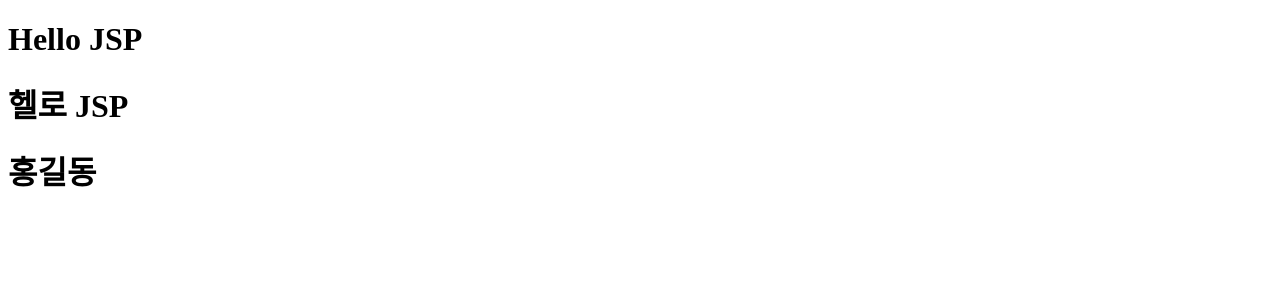
Repository: kimseunghyo/lecture-jsp
Page: http://localhost/jsp02/hello.jsp
These files come from the project's save history. The page is drawn as it stood at one moment and after the next save; the edit follows.
The browser window is 1280 px wide. The pictures show the whole page.
The page is served by Tomcat 9. Other server files are loaded and not shown.

Above is the page before, as saved 2023-03-03 01:51:30.

### jsp02/src/main/webapp/hello.jsp
<%@ page language="java" contentType="text/html; charset=UTF-8"
	pageEncoding="UTF-8"%>
<!DOCTYPE html>
<html>
<head>
<meta charset="UTF-8">
<title>Insert title here</title>
</head>
<body>
	<%
	String name = "홍길동";
	int age = 30;
	%>
	<h1>Hello JSP</h1>
	<h1>헬로 JSP</h1>
	<h1><% out.println(name); %></h1>
</body>
</html>

After the next save:
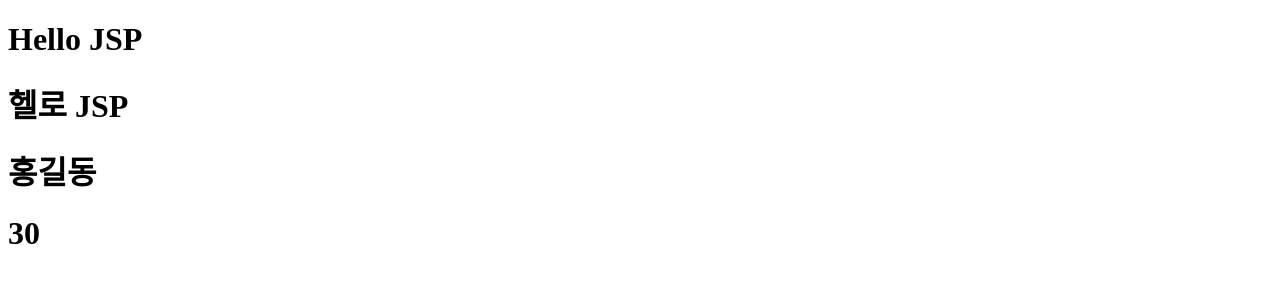
Saved 19 s later.
--- a/jsp02/src/main/webapp/hello.jsp
+++ b/jsp02/src/main/webapp/hello.jsp
@@ -14,5 +14,6 @@
 	<h1>Hello JSP</h1>
 	<h1>헬로 JSP</h1>
 	<h1><% out.println(name); %></h1>
+	<h1><% out.println(age); %></h1>
 </body>
 </html>
